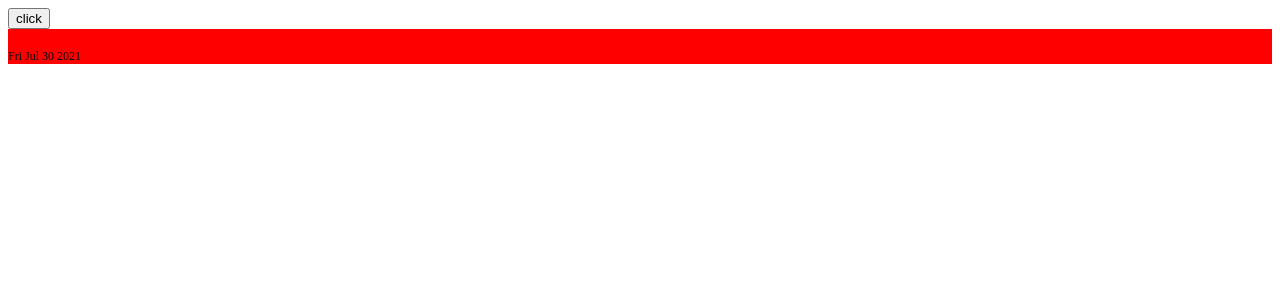
Repository: 572031690/newvue
Page: 学习demo/test.html
The author's editor kept a copy of each file at every save. The page is drawn from the files as they stood at one save, then again after the next save.
The browser window is 1280 px wide. The pictures show the whole page.

Above is the page before, as saved 2021-08-10 16:08:12.

After the next save:
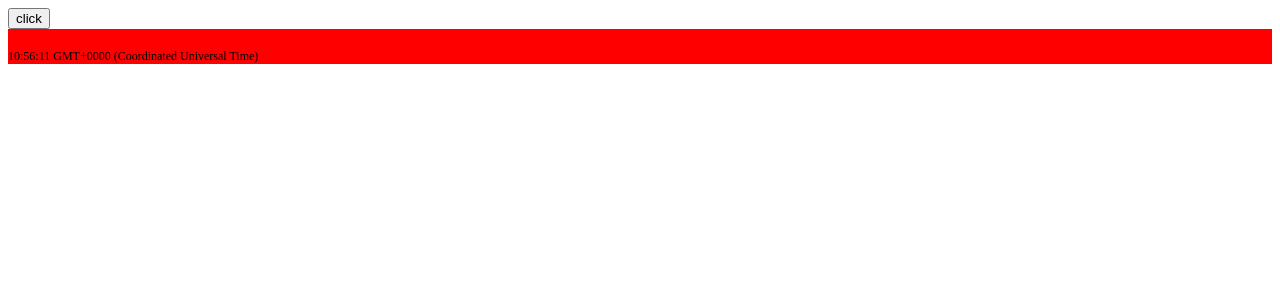
Saved 101 s later.
--- a/学习demo/test.html
+++ b/学习demo/test.html
@@ -45,7 +45,7 @@
 
                     },
                     getData() {
-                      const unixTimeZero = new Date().toDateString()
+                      const unixTimeZero = new Date().toTimeString()
                       let CurrentDate = new Date()
                       return unixTimeZero
                     }
